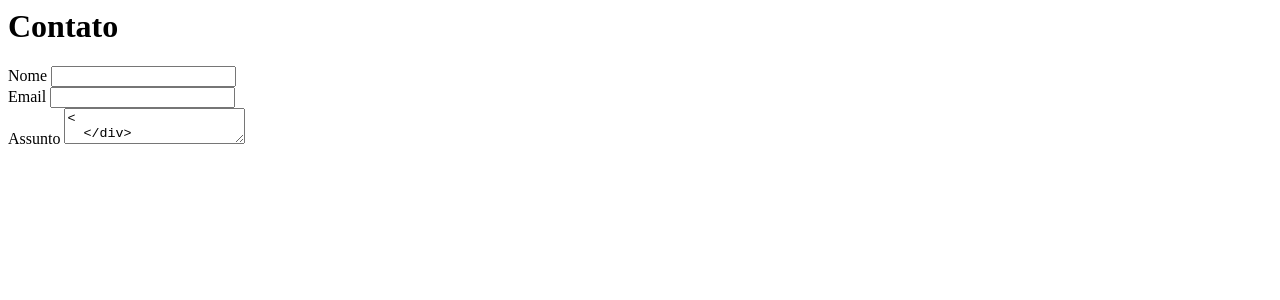
Repository: BrunoCesarAngst/poo
Page: aula04/views/form.html
The author's editor kept a copy of each file at every save. The page is drawn from the files as they stood at one save, then again after the next save.
The browser window is 1280 px wide. The pictures show the whole page.

Above is the page before, as saved 2020-08-22 19:25:38.

### aula04/views/form.html
<h1>Contato</h1>

<form type="submit">
  <div class="form-group">
    <label for="">Nome</label>
    <input id="name" type="text" class="form-control">
  </div>

  <div class="form-group">
    <label for="">Email</label>
    <input id="email" type="email" class="form-control">
  </div>

  <div class="form-group">
    <label for="">Assunto</label>
    <textarea id="assunto" type="text" class="form-control"><
  </div>

  <button class="btn btn-primary btn-success"type="submit">Enviar</button>
</form>

After the next save:
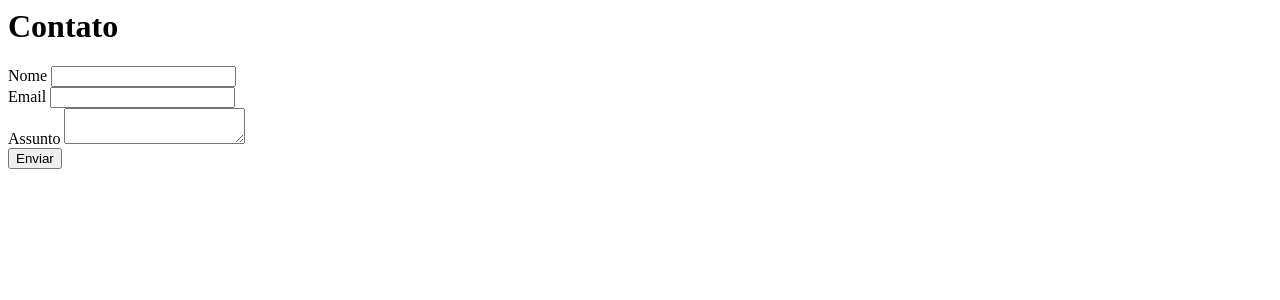
Saved 1 s later.
--- a/aula04/views/form.html
+++ b/aula04/views/form.html
@@ -13,7 +13,7 @@
 
   <div class="form-group">
     <label for="">Assunto</label>
-    <textarea id="assunto" type="text" class="form-control"><
+    <textarea id="assunto" type="text" class="form-control"></textarea>
   </div>
 
   <button class="btn btn-primary btn-success"type="submit">Enviar</button>
